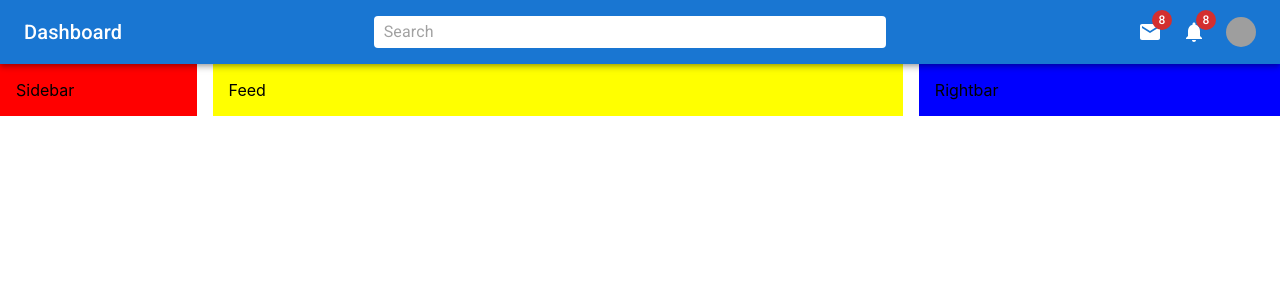
Repository: abubaker-cs/mui5_dashboard
Page: /
The author's editor kept a copy of each file at every save. The page is drawn from the files as they stood at one save, then again after a run of saves.
The browser window is 1280 px wide. The pictures show the whole page.
Pictures or frames that could not be fetched are drawn as grey boxes. The project was rebuilt for these pictures with package versions that can differ from the ones it lists, and the page was loaded fresh each time. Also part of the build but not shown: src/App.css.

Above is the page before, as saved 2022-07-17 06:29:00.

### public/index.html
<!DOCTYPE html>
<html lang="en">
  <head>
    <meta charset="utf-8" />
    <link rel="icon" href="%PUBLIC_URL%/favicon.ico" />
    <meta name="viewport" content="width=device-width, initial-scale=1" />
    <meta name="theme-color" content="#000000" />
    <meta
      name="description"
      content="Web site created using create-react-app"
    />
    <link rel="apple-touch-icon" href="%PUBLIC_URL%/logo192.png" />

    <link rel="manifest" href="%PUBLIC_URL%/manifest.json" />
    <link
      rel="stylesheet"
      href="https://fonts.googleapis.com/css?family=Roboto:300,400,500,700&display=swap"
    />
    <link
      rel="stylesheet"
      href="https://fonts.googleapis.com/icon?family=Material+Icons"
    />

    <title>React App</title>
  </head>
  <body>
    <noscript>You need to enable JavaScript to run this app.</noscript>
    <div id="root"></div>
  </body>
</html>

### src/App.js
import "./App.css";
import Sidebar from "./components/Sidebar";
import Feed from "./components/Feed";
import Rightbar from "./components/Rightbar";
import { Box, Stack } from "@mui/material";
import Navbar from "./components/Navbar";

function App() {
  return (
    <Box>
      <Navbar />
      <Stack direction="row" spacing={2} justifyContent="space-evenly">
        <Sidebar />
        <Feed />
        <Rightbar />
      </Stack>
    </Box>
  );
}

export default App;

### src/components/Sidebar.jsx
import { Box } from "@mui/material";
import React from "react";

const Sidebar = () => {
  return (
    <Box
      bgcolor="red"
      flex={1}
      p={2}
      sx={{ display: { xs: "none", sm: "block" } }}
    >
      Sidebar
    </Box>
  );
};

export default Sidebar;

### src/components/Feed.jsx
import { Box } from "@mui/material";
import React from "react";

const Feed = () => {
  return (
    <Box bgcolor="yellow" flex={4} p={2}>
      Feed
    </Box>
  );
};

export default Feed;

### src/components/Rightbar.jsx
import { Box } from "@mui/material";
import React from "react";

const Rightbar = () => {
  return (
    <Box
      bgcolor="blue"
      flex={2}
      p={2}
      sx={{ display: { xs: "none", sm: "block" } }}
    >
      Rightbar
    </Box>
  );
};

export default Rightbar;

### src/components/Navbar.jsx
import { Dashboard, Mail, Notifications } from "@mui/icons-material";
import {
  AppBar,
  Toolbar,
  styled,
  Typography,
  Box,
  InputBase,
  Badge,
  Avatar,
} from "@mui/material";
import React from "react";

// Base styles for custom Toolbar wrapper | flex justify = space-between
const StyledToolbar = styled(Toolbar)({
  display: "flex",
  justifyContent: "space-between",
});

//
const Search = styled("div")(({ theme }) => ({
  backgroundColor: "white",
  padding: "0 10px",
  borderRadius: theme.shape.borderRadius,
  width: "40%",
}));

const Icons = styled(Box)(({ theme }) => ({
  display: "flex",
  gap: "20px",
  alignItems: "center",
}));

const UserBox = styled(Box)(({ theme }) => ({
  display: "flex",
  gap: "10px",
  alignItems: "center",
}));

const Navbar = () => {
  return (
    <AppBar position="sticky">
      <StyledToolbar>
        <Typography
          variant="h6"
          sx={{
            display: {
              xs: "none",
              sm: "block",
            },
          }}
        >
          Dashboard
        </Typography>
        <Dashboard
          sx={{
            display: {
              xs: "block",
              sm: "none",
            },
          }}
        />
        <Search>
          <InputBase placeholder="Search" />
        </Search>
        <Icons>
          <Badge badgeContent={8} color="error">
            <Mail />
          </Badge>
          <Badge badgeContent={8} color="error">
            <Notifications />
          </Badge>
          <Avatar
            sx={{ width: 30, height: 30 }}
            src="https://i.pravatar.cc/300"
          />
        </Icons>
      </StyledToolbar>
    </AppBar>
  );
};

export default Navbar;

Loaded but not shown: src/index.js (common file); src/index.css (common file)

After the next 2 saves:
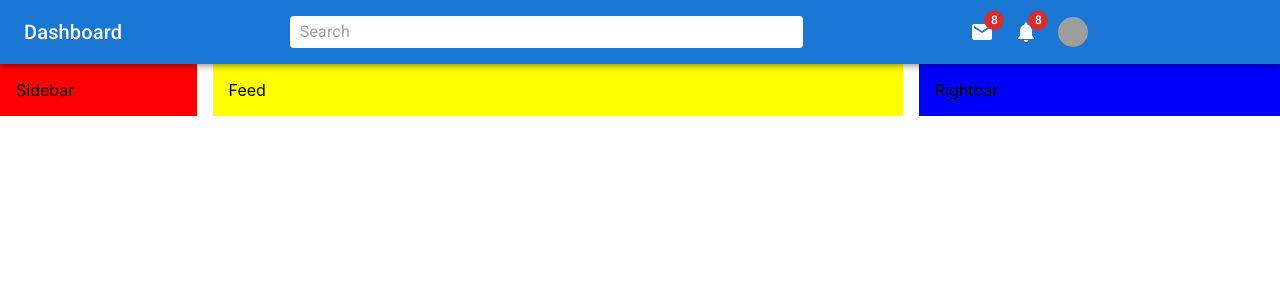
The 2 saves are shown as one change because 1 did not build or start.
The last was saved 37 s later.
--- a/src/components/Navbar.jsx
+++ b/src/components/Navbar.jsx
@@ -75,6 +75,7 @@ const Navbar = () => {
             src="https://i.pravatar.cc/300"
           />
         </Icons>
+        <UserBox></UserBox>
       </StyledToolbar>
     </AppBar>
   );
